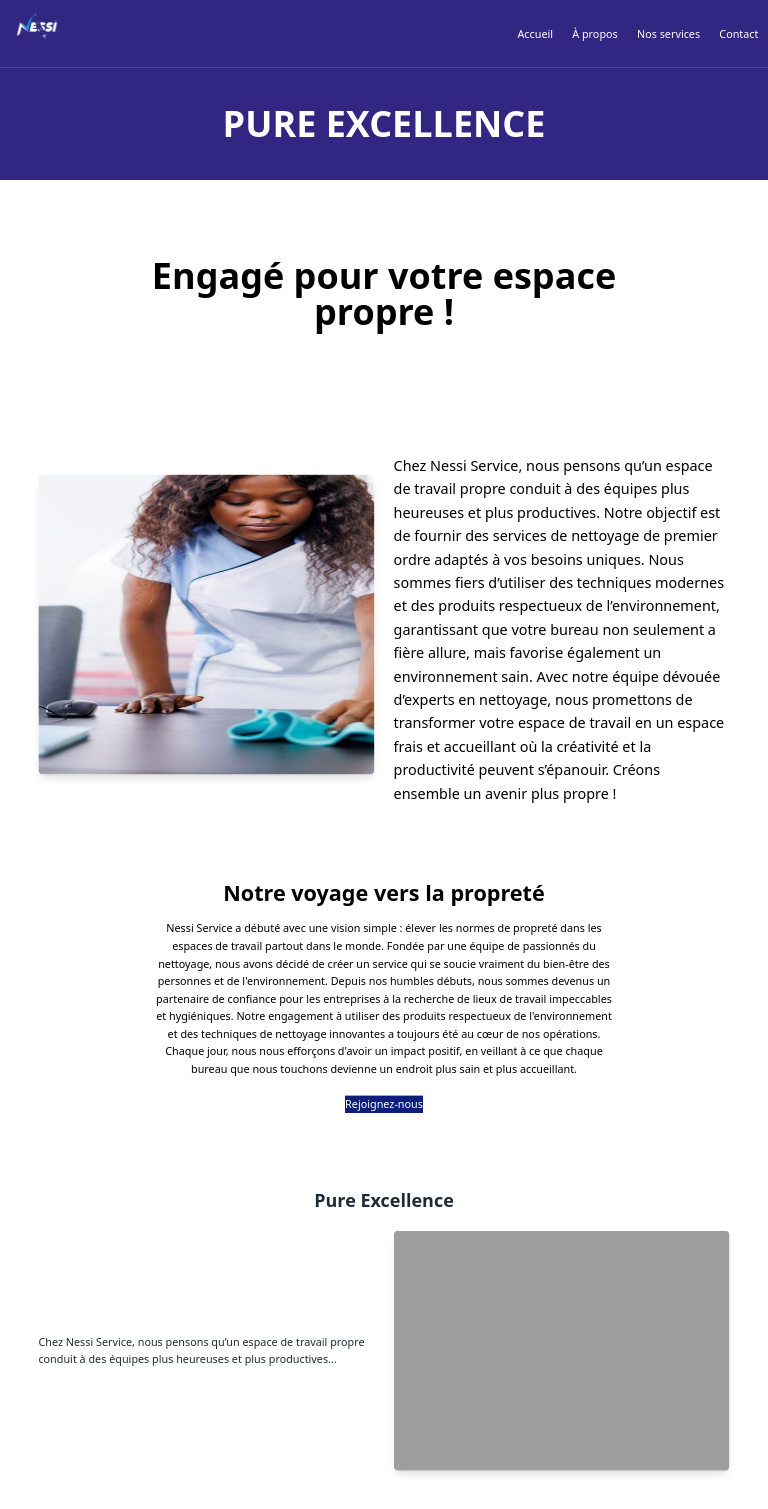
Repository: MDiouf9/Nessi
Page: /About
These files come from the project's save history. The page is drawn as it stood at one moment and after a run of saves; the edit follows.
The browser window is 1280 px wide. The pictures show the whole page, at 60% of full size.
Pictures or frames that could not be fetched are drawn as grey boxes. The project was rebuilt for these pictures with package versions that can differ from the ones it lists, and the page was loaded fresh each time. Also part of the build but not shown: vite.config.js, src/Global.css, src/App.css, src/components/Footer.jsx, src/Pages/Home.jsx, src/Pages/NotFound.jsx, src/components/Countries.jsx, src/Pages/Services.jsx and 1 more.

Above is the page before, as saved 2025-03-10 18:33:41.

### src/main.jsx
import { StrictMode } from 'react'
import { createRoot } from 'react-dom/client'
import './index.css'
import './Global.css'
import App from './App.jsx'

createRoot(document.getElementById('root')).render(
  <StrictMode>
    <App />
  </StrictMode>,
)

### src/index.css
@tailwind base;
@tailwind components;
@tailwind utilities;
























/* :root {
  font-family: Inter, system-ui, Avenir, Helvetica, Arial, sans-serif;
  line-height: 1.5;
  font-weight: 400;

  color-scheme: light dark;
  color: rgba(255, 255, 255, 0.87);
  background-color: #242424;

  font-synthesis: none;
  text-rendering: optimizeLegibility;
  -webkit-font-smoothing: antialiased;
  -moz-osx-font-smoothing: grayscale;
}

a {
  font-weight: 500;
  color: #646cff;
  text-decoration: inherit;
}
a:hover {
  color: #535bf2;
}

body {
  margin: 0;
  display: flex;
  place-items: center;
  min-width: 320px;
  min-height: 100vh;
}

h1 {
  font-size: 3.2em;
  line-height: 1.1;
}

button {
  border-radius: 8px;
  border: 1px solid transparent;
  padding: 0.6em 1.2em;
  font-size: 1em;
  font-weight: 500;
  font-family: inherit;
  background-color: #1a1a1a;
  cursor: pointer;
  transition: border-color 0.25s;
}
button:hover {
  border-color: #646cff;
}
button:focus,
button:focus-visible {
  outline: 4px auto -webkit-focus-ring-color;
}

@media (prefers-color-scheme: light) {
  :root {
    color: #213547;
    background-color: #ffffff;
  }
  a:hover {
    color: #747bff;
  }
  button {
    background-color: #f9f9f9;
  }
} */

### src/App.jsx

import { BrowserRouter , Routes, Route  } from "react-router-dom"
// import reactLogo from './assets/react.svg'
// import viteLogo from '/vite.svg'
import './App.css'
import Home from './Pages/Home'
import NotFound from './Pages/NotFound'
import About from './Pages/About'
import Countries from './components/Countries'
import Services from './Pages/Services'
import Contact from './Pages/Contact'


function App() {

  return (
    <>
     <BrowserRouter>
      <Routes>
        <Route path="/"  element={<Home />} />
        <Route path='/About' element={<About/>} />
        <Route path='/Services' element={<Services/>} />
        <Route path='/Contact' element={<Contact/>} />
        <Route path='/Countries' element={<Countries/>} />
        <Route path='*' element={<NotFound/>} />
      </Routes>
    </BrowserRouter>

    </>
  )
}

export default App

### src/Pages/About.jsx

import Header from '../components/Header'
import SectionWithImage from '../components/Sectionlesft'
import regulier from "../assets/fememenage.png";
import SectionWithTitle from '../components/SectionTitle';
import OurJourneySection from '../components/SectionTexte';


const About = () => {
  return (
    <div>

        <Header/>
        <section className="bg-[#312783] text-white py-16 flex justify-center items-center">
      <h1 className="text-4xl md:text-6xl font-bold">PURE EXCELLENCE</h1>
    </section>
    {/* section 2 */}
    <section className=" text-white py-16 flex justify-center items-center">
      <h1 className="text-4xl md:text-6xl font-bold"> <section className=" text-black py-16 flex justify-center items-center">
      <h1 className="text-4xl md:text-6xl font-bold text-center">Engagé pour votre espace <br /> propre !</h1>
    </section></h1>
    </section>

        <SectionWithImage
             imageSrc={regulier} // Image à afficher
             altText="Nettoyage en action" // Texte alternatif
             title="" // Titre de la section
             content="Chez Nessi Service, nous pensons qu’un espace de travail propre conduit à des équipes plus heureuses et plus productives. Notre objectif est de fournir des services de nettoyage de premier ordre adaptés à vos besoins uniques. Nous sommes fiers d’utiliser des techniques modernes et des produits respectueux de l’environnement, garantissant que votre bureau non seulement a fière allure, mais favorise également un environnement sain. Avec notre équipe dévouée d’experts en nettoyage, nous promettons de transformer votre espace de travail en un espace frais et accueillant où la créativité et la productivité peuvent s’épanouir. Créons ensemble un avenir plus propre !"
           />

<OurJourneySection />


<SectionWithTitle
  imageSrc="ton_image.png"
  altText="Nettoyage professionnel"
  title="Pure Excellence"
  content="Chez Nessi Service, nous pensons qu’un espace de travail propre conduit à des équipes plus heureuses et plus productives..."
/>

    </div>
  )
}

export default About

### src/components/Header.jsx
import  { useState } from "react";
import { Link } from "react-router-dom";
import logo from "../assets/logo1.png";

const navLinks = [
  { name: "Accueil", path: "/" },
  { name: "À propos", path: "/about" },
  { name: "Nos services", path: "/services" },
  { name: "Contact", path: "/contact" }
];

const Header = () => {
  const [isMenuOpen, setIsMenuOpen] = useState(false); // État pour gérer l'ouverture du menu mobile

  return (
    <header className="bg-[#312783] text-white p-4 shadow-lg">
      <div className="container mx-auto flex justify-between items-center">
        {/* Logo */}
        <img src={logo} alt="Logo" className="h-20" />

        {/* Menu burger pour mobile */}
        <button
          className="lg:hidden text-white text-2xl"
          onClick={() => setIsMenuOpen(!isMenuOpen)}
          aria-label="Toggle Menu"
        >
          {isMenuOpen ? (
            <span>&#10005;</span>  // Croix de fermeture du menu
          ) : (
            <span>&#9776;</span>  // Icône hamburger
          )}
        </button>

        {/* Navigation */}
        <nav className={`lg:flex ${isMenuOpen ? "block" : "hidden"} lg:bg-transparent bg-[#312783]`}>
          <ul className="lg:flex lg:space-x-8 flex-col lg:flex-row space-y-4 lg:space-y-0 p-6 lg:p-0">
            {navLinks.map((link, index) => (
              <li key={index} className="relative">
                <Link
                  to={link.path}
                  className="hover:text-gray-300 text-lg transition-colors duration-300 ease-in-out"
                >
                  {link.name}
                </Link>
                {/* Ajouter une barre sous le lien actif */}
              </li>
            ))}
          </ul>
        </nav>
      </div>


    </header>
  );
};

export default Header;

### src/components/Sectionlesft.jsx
const SectionWithImage = ({ imageSrc, altText, title, content }) => {
    return (
      <section className="bg-white py-16 px-6 md:px-16">
        <div className="container mx-auto flex flex-col md:flex-row items-center gap-8">
          {/* Image à gauche */}
          <div className="md:w-1/2 flex justify-aound items-center">
            <img src={imageSrc} alt={altText} className="w-full h-full max-h-[500px] object-center  rounded-lg shadow-lg" />
          </div>

          {/* Texte à droite */}
          <div className="md:w-1/2 flex flex-col justify-center h-full">
            <h2 className="text-3xl font-bold mb-4">{title}</h2>
            <p className="text-2xl leading-relaxed">{content}</p>
          </div>
        </div>
      </section>
    );
  };

  export default SectionWithImage;

### src/components/SectionTitle.jsx
const SectionWithTitle = ({ imageSrc, altText, title, content }) => {
    return (
      <section className="bg-white py-16 px-6 md:px-16">
        <div className="container mx-auto text-center mb-8">
          <h2 className="text-3xl font-bold text-gray-800">{title}</h2>
        </div>

        <div className="container mx-auto flex flex-col md:flex-row items-center gap-8">
          {/* Texte à gauche */}
          <div className="md:w-1/2 flex flex-col justify-center h-full text-gray-800">
            <p className="text-lg leading-relaxed">{content}</p>
          </div>

          {/* Image à droite */}
          <div className="md:w-1/2 flex justify-center items-center">
            <img src={imageSrc} alt={altText} className="w-full h-full max-h-[400px] object-cover rounded-lg shadow-lg" />
          </div>
        </div>
      </section>
    );
  };

  export default SectionWithTitle;

### src/components/SectionTexte.jsx
const OurJourneySection = () => {
    return (
      <section className=" text-black py-16 px-6 md:px-16">
        <div className="container mx-auto text-center">
          {/* Titre */}
          <h2 className="text-4xl font-bold mb-6">Notre voyage vers la propreté</h2>

          {/* Texte */}
          <p className="text-lg leading-relaxed max-w-3xl mx-auto">
            Nessi Service a débuté avec une vision simple : élever les normes de propreté dans les espaces de travail partout dans le monde.
            Fondée par une équipe de passionnés du nettoyage, nous avons décidé de créer un service qui se soucie vraiment du bien-être des personnes et de l'environnement.
            Depuis nos humbles débuts, nous sommes devenus un partenaire de confiance pour les entreprises à la recherche de lieux de travail impeccables et hygiéniques.
            Notre engagement à utiliser des produits respectueux de l'environnement et des techniques de nettoyage innovantes a toujours été au cœur de nos opérations.
            Chaque jour, nous nous efforçons d'avoir un impact positif, en veillant à ce que chaque bureau que nous touchons devienne un endroit plus sain et plus accueillant.
            <br /> <br />
             <button className="bg-[#0B1F7B] p text-white">Rejoignez-nous</button>
          </p>
        </div>
      </section>
    );
  };

  export default OurJourneySection;

Loaded but not shown: index.html (common file); tailwind.config.js (common file)

After the next 2 saves:
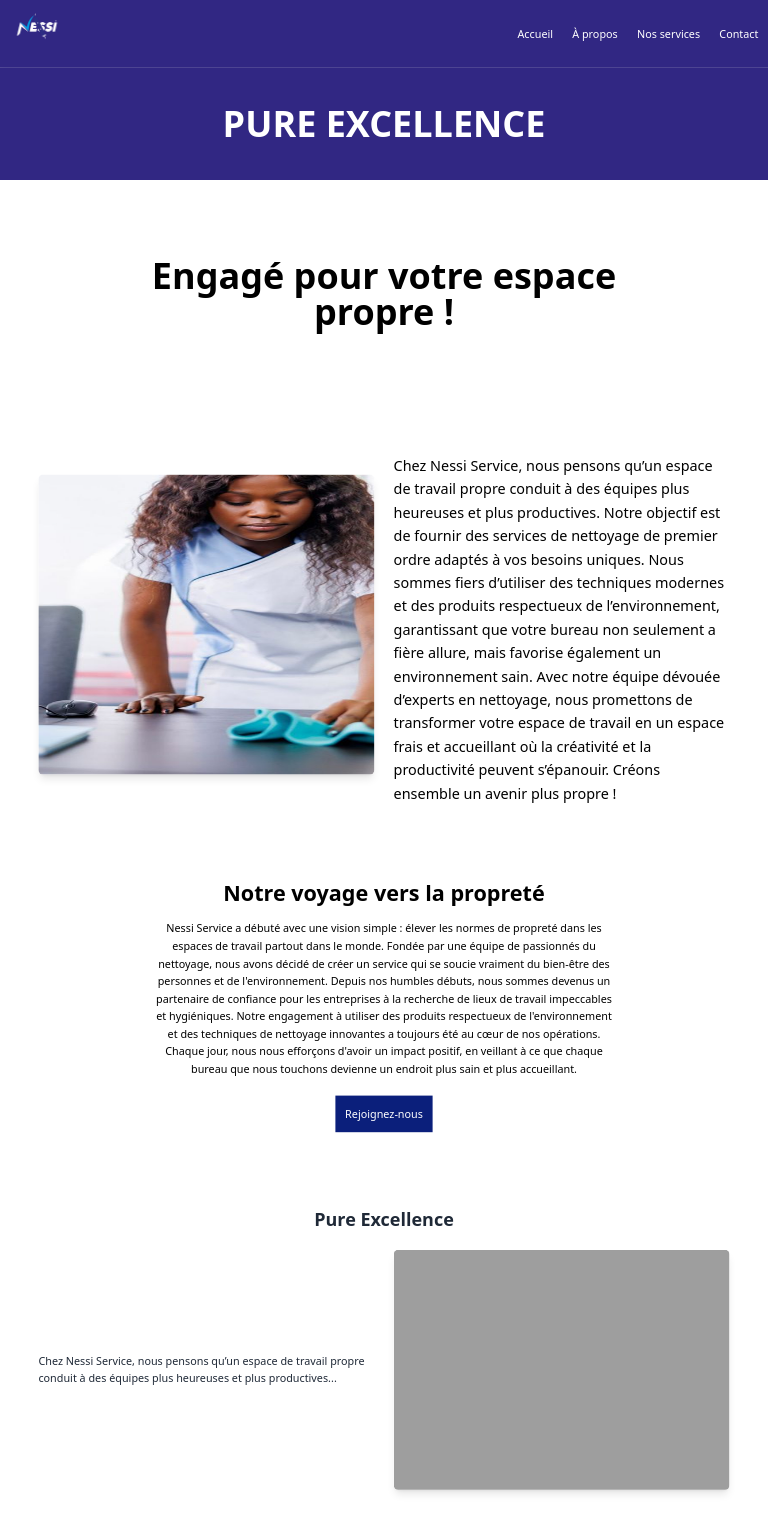
The 2 saves are shown as one change because they came seconds apart.
The last was saved 7 s later.
--- a/src/components/SectionTexte.jsx
+++ b/src/components/SectionTexte.jsx
@@ -13,7 +13,7 @@ const OurJourneySection = () => {
             Notre engagement à utiliser des produits respectueux de l'environnement et des techniques de nettoyage innovantes a toujours été au cœur de nos opérations.
             Chaque jour, nous nous efforçons d'avoir un impact positif, en veillant à ce que chaque bureau que nous touchons devienne un endroit plus sain et plus accueillant.
             <br /> <br />
-             <button className="bg-[#0B1F7B] p text-white">Rejoignez-nous</button>
+             <button className="bg-[#0B1F7B] p-4 text-white">Rejoignez-nous</button>
           </p>
         </div>
       </section>
